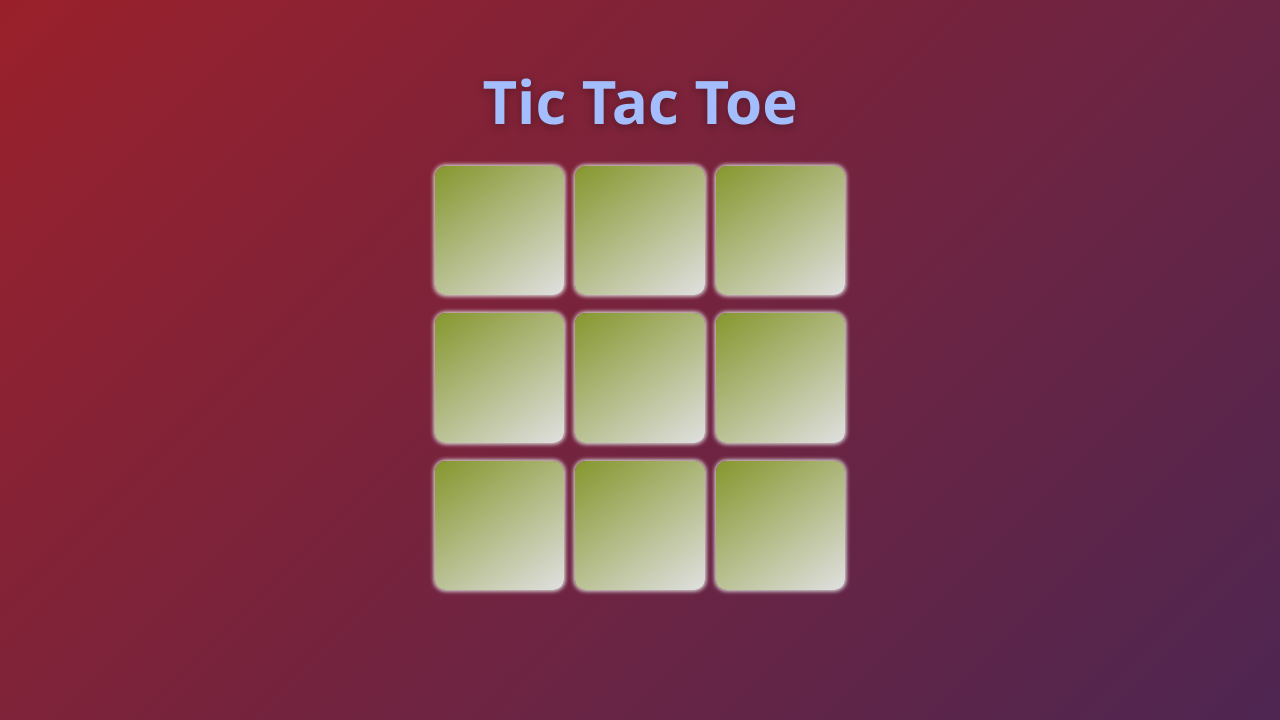
Repository: AreezAnsari/Tic-Tac-Toe
Page: Game/Game.html
These files come from the project's save history. The page is drawn as it stood at one moment and after the next save; the edit follows.
The browser window is 1280 px wide. The pictures show the whole page.

Above is the page before, as saved 2025-07-22 07:45:50.
Console error: TypeError: box.addEventListener is not a function

After the next save:
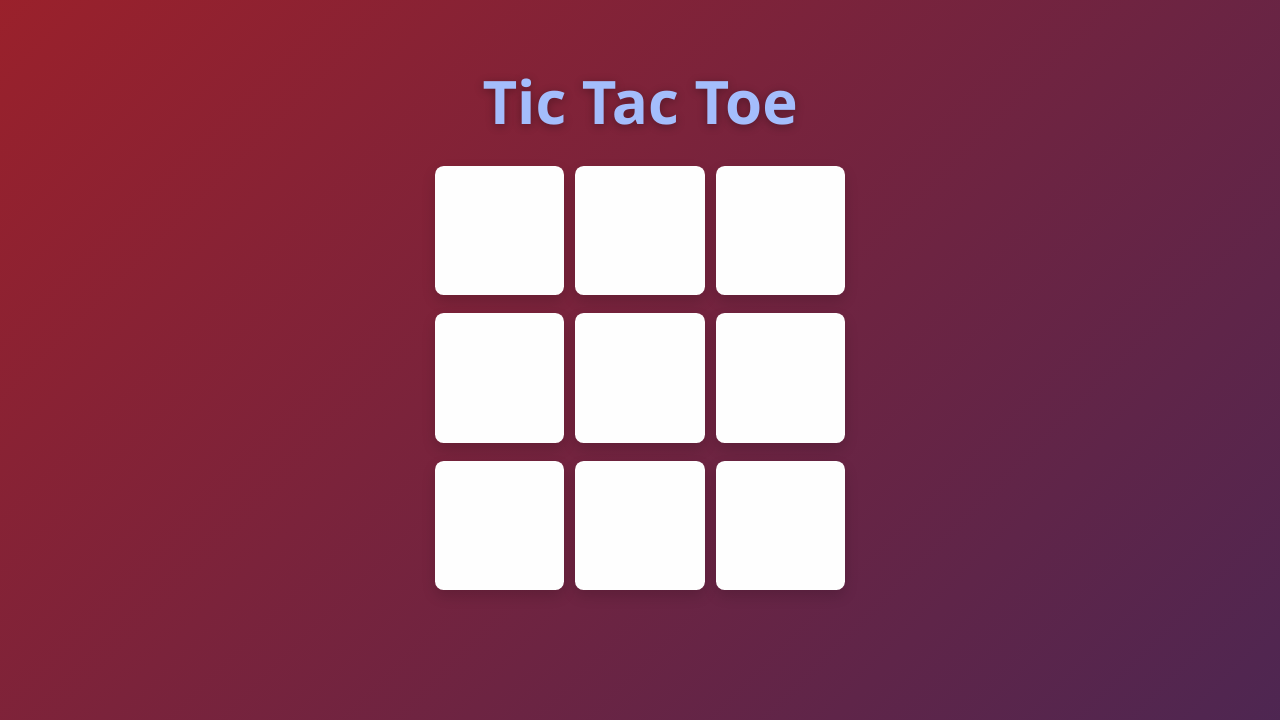
Saved 51 s later.
--- a/Game/Game.css
+++ b/Game/Game.css
@@ -48,29 +48,30 @@
 }
 
 .box {
-  color: #333; /* Dark text */
-  background: linear-gradient(145deg, #85972d, #e0e0e0); /* Soft light grey gradient */
+  color: #222831; /* Soft black font */
+  background: #fefefe; /* Clean off-white */
   height: 18vmin;
   width: 18vmin;
-  font-weight: bold;
-  font-size: clamp(2.2rem, 6vmin, 4.5rem); /* Responsive size */
+  font-weight: 700;
+  font-size: clamp(2.5rem, 6vmin, 4.5rem);
   border: none;
-  border-radius: 1.5vmin;
-  box-shadow: 0px 0px 5px #c8c8c8, 0px 0px 5px #ffffff; /* Neumorphic effect */
+  border-radius: 1.2vmin;
+  box-shadow: 0 6px 14px rgba(0, 0, 0, 0.15);
   cursor: pointer;
   transition: all 0.25s ease;
   animation: popIn 0.4s ease;
 }
 
 .box:hover {
-  background: linear-gradient(145deg, #ffffff, #dcdcdc); /* Lighter on hover */
-  color: #00c2cc; /* Soft blue text on hover */
-  transform: translateY(-4px);
+  background: #f0f4ff; /* Soft blue tint */
+  color: #3b82f6; /* Tailwind blue-500 */
+  transform: translateY(-3px);
 }
 
 .box:active {
-  transform: scale(0.96);
+  transform: scale(0.97);
 }
+
 
 .reset-btn,
 .new-btn {
